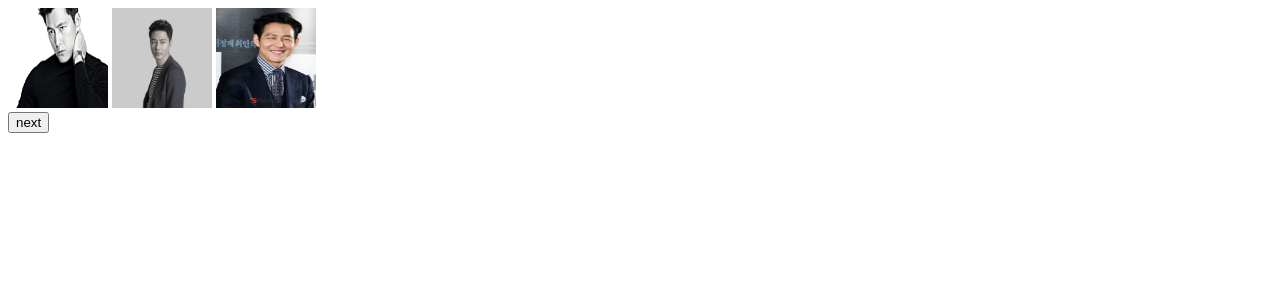
Repository: IreneCho/sk
Page: jqueryTest/WebContent/day13/quiz.html
An editor plug-in stored every save of this project. The page is shown before and after the next save, followed by the edit.
The browser window is 1280 px wide. The pictures show the whole page.
Some web libraries are served in a nearby version.

Above is the page before, as saved 2016-08-16 01:32:20.
Console error: SyntaxError: Unexpected identifier '$'

### jqueryTest/WebContent/day13/quiz.html
<!DOCTYPE html>
<html>
<head>
<meta charset="EUC-KR">
<title>Insert title here</title>
</head>
<body>
	<div id="mydiv">
		<img src="image/img1.png" width="100" height="100">
		<img src="image/img2.jpg" width="100" height="100">
		<img src="image/img3.jpg" width="100" height="100"><br>
	</div>
	<button onclick="fn()">next</button>
</body>
<script src="https://code.jquery.com/jquery-3.1.0.js" integrity="sha256-slogkvB1K3VOkzAI8QITxV3VzpOnkeNVsKvtkYLMjfk=" crossorigin="anonymous"></script>
<script>
	function fn()
	//	$("#mydiv").prepend($("#mydiv > img:last")) //마지막 이미지를 제일 처음으로
		$("#mydiv").append($("#mydiv > img:first"))	//첫번째 이미지를 뒤로
	}

</script>
</html>

After the next save:
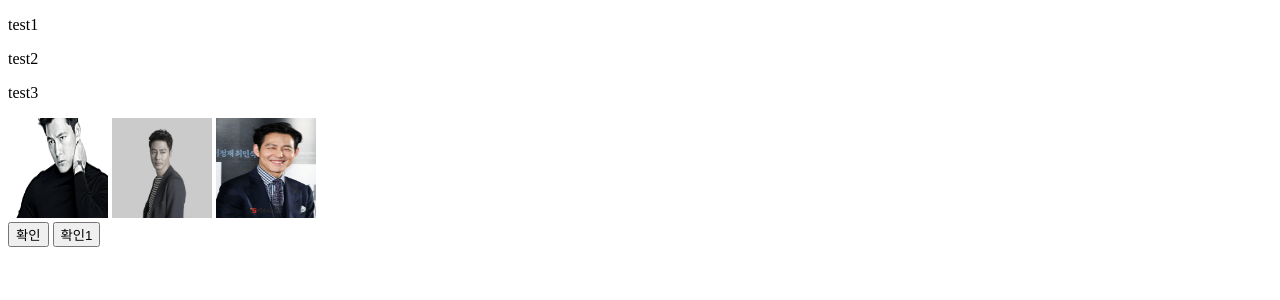
The error is gone.
Saved 37 s later.
--- a/jqueryTest/WebContent/day13/quiz.html
+++ b/jqueryTest/WebContent/day13/quiz.html
@@ -6,18 +6,31 @@
 </head>
 <body>
 	<div id="mydiv">
+		<p id="myp">test1</p>
+		<p>test2</p>
+		<p>test3</p>
 		<img src="image/img1.png" width="100" height="100">
 		<img src="image/img2.jpg" width="100" height="100">
 		<img src="image/img3.jpg" width="100" height="100"><br>
 	</div>
-	<button onclick="fn()">next</button>
+	<button onclick="fn()">확인</button>
+	<button onclick="fn1()">확인1</button>
 </body>
 <script src="https://code.jquery.com/jquery-3.1.0.js" integrity="sha256-slogkvB1K3VOkzAI8QITxV3VzpOnkeNVsKvtkYLMjfk=" crossorigin="anonymous"></script>
 <script>
-	function fn()
+	function fn() {
+	//	$("#mydiv").append("<h1>헬로</h1>") //뒤쪽에 붙음
+	//	$("#mydiv").prepend("<h1>헬로</h1>") //앞쪽에 붙음
 	//	$("#mydiv").prepend($("#mydiv > img:last")) //마지막 이미지를 제일 처음으로
 		$("#mydiv").append($("#mydiv > img:first"))	//첫번째 이미지를 뒤로
+	//	$("<h1>헬로</h1>").appendTo("#mydiv") //mydiv뒤에 추가해라!
+	//	$("<h1>헬로</h1>").prependTo("#mydiv") //mydiv앞에 추가
+	//	$("#mydiv > img:first").remove() //첫번째 이미지 삭제,hidden이 아니라 아예 삭제함
+	//	$("#myp").empty()	//remove는 아예 삭제고, empty는 사실p태그는 살아있고 비워주는 것
 	}
 
+	function fn1() {
+		$("#myp").text('hello')
+	}
 </script>
 </html>
